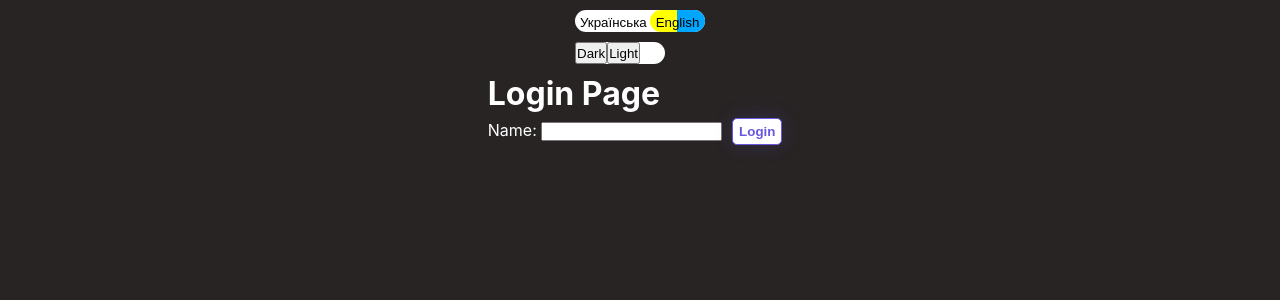
Repository: Novoselets28/star-wars-hooks
Page: /
These files come from the project's save history. The page is drawn as it stood at one moment and after the next save; the edit follows.
The browser window is 1280 px wide. The pictures show the whole page.
The project was rebuilt for these pictures with package versions that can differ from the ones it lists, and the page was loaded fresh each time. Also part of the build but not shown: src/components/HomePage.jsx, src/components/People/CurrentPeople.jsx, src/components/People/PeopleList.jsx, src/components/People/People.jsx, src/components/Planets/CurrentPlanet.jsx, src/components/Planets/PlanetsList.jsx, src/components/Planets/Planets.jsx, src/components/Starships/CurrentStarship.jsx and 4 more.

Above is the page before, as saved 2023-03-27 19:47:27.

### src/index.js
import React from 'react';
import ReactDOM from 'react-dom/client';
import './index.css';
import App from './App';
import reportWebVitals from './reportWebVitals';
import { BrowserRouter } from 'react-router-dom';



const root = ReactDOM.createRoot(document.getElementById('root'));
root.render(
  <React.StrictMode>
    <BrowserRouter>
      <App />
    </BrowserRouter>
  </React.StrictMode>
);

// If you want to start measuring performance in your app, pass a function
// to log results (for example: reportWebVitals(console.log))
// or send to an analytics endpoint. Learn more: https://bit.ly/CRA-vitals
reportWebVitals();

### src/App.js
import React, { createContext, useState } from 'react';
import { Route, Routes } from 'react-router';
import './App.css'
import Header from './components/Header';
import HomePage from './components/HomePage';
import People from './components/People/People';
import Planets from './components/Planets/Planets';
import Starships from './components/Starships/Starships';
import LoginPage from './components/LoginPage';
import RequireAuth from './hoc/RequireAuth';
import AuthProvider from './hoc/AuthProvider'
import Layout from './components/Layout';
import ErrorPage from './components/ErrorPage';



export const ThemeContext = createContext();
export const LangContext = createContext(null)

function App() {

  const [theme, setTheme] = useState("dark");

  const [currentLang, setCurrentLang] = useState("eng")


  return (
          <div className={`container-${theme}`}>
            <LangContext.Provider value={{currentLang, setCurrentLang}}>
              <ThemeContext.Provider value={{theme,setTheme}}>
                <AuthProvider>
                  <Header/>
                  <Routes>
                      <Route path="login" element={<LoginPage/>}/>
                      <Route path='*' element={<ErrorPage/>} />
                      <Route path='/' element={
                        <RequireAuth>
                          <Layout />
                        </RequireAuth>
                      }/>
                      <Route path="home" element={
                        <RequireAuth>
                          <HomePage />
                        </RequireAuth>
                      }/>
                      <Route path="people" element={
                        <RequireAuth>
                          <People />
                        </RequireAuth>
                      }/>
                      <Route path="planets" element={
                        <RequireAuth>
                          <Planets/>
                        </RequireAuth>
                      } />
                      <Route path="starships" element={
                        <RequireAuth>
                          <Starships/>
                        </RequireAuth>
                      } />
                  </Routes>
                </AuthProvider>
              </ThemeContext.Provider>
            </LangContext.Provider>
            </div>

  );
}

export default App;

### src/App.css
*{
  margin: 0;
  padding: 0;
}

.header{
  display: flex;
  justify-content: space-around;
  width: 100vw;
}

.navigate-block{
  display: flex;
}

header a{
  text-decoration: none;
  font-family: sans-serif;
  display: inline-block;
  color: #fff;
  padding: 10px 20px;
  background-color: rgb(48, 48, 61);
  border-bottom: 5px solid #f4ce28;
}

.container-dark {
  background-color: rgb(40, 36, 36);
  color: #fff;
  width: 100vw;
  height: 100vh;
  display: flex;
  flex-direction: column;
  align-items: center;
}

.container-light {
  background-color: rgb(171, 163, 163);
  color: #fff;
  width: 100vw;
  height: 100vh;
  display: flex;
  flex-direction: column;
  align-items: center;

}

.item-block{
  width: 240px;
  text-align: center;
}

.item-block button{
  cursor: pointer;
  border: none;
  border-radius: 25px;
  font-weight: 600;
  margin: 10px 10px;
  width: 50px;
  padding: 10px 0;
  box-shadow: 0 0 20px rgba(104, 85, 224, 0.2);
  transition: 0.4s;
  color: rgb(104, 85, 224);
  background-color: rgba(255, 255, 255, 1);
  border: 1px solid rgba(104, 85, 224, 1);
}

.item-block button:hover{
  color: white;
  box-shadow: 0 0 20px rgba(104, 85, 224, 0.6);
  background-color: rgba(104, 85, 224, 1);
}

.item-list{
  text-align: center;
}

.selected-item {
  background-color: rgb(56, 55, 55);
  margin: 15px;
  border: 3px solid rgb(103, 101, 101);
}

h2{
  color: rgb(8, 120, 8);
  cursor: pointer;
}

h2:hover{
  text-decoration: underline;
}

ul{
  background-color: rgb(56, 55, 55);
}

li{
  list-style: none;
  border: 1px solid rgb(103, 101, 101);
  cursor: pointer;
}

li:hover{
  box-shadow: 0 0 20px rgba(85, 85, 86, 0.6);
}

.button-box-theme{
  display: flex;
  width: 90px;
  height: 22px;
  margin: 10px 20px;
  position: relative;
  border-radius: 30px;
  background: #fff;
}

.button-box-lang{
  display: flex;
  width: 130px;
  height: 22px;
  margin: 10px 20px;
  position: relative;
  border-radius: 30px;
  background: #fff;
}

.btn-dark{
  padding: 5px;
  width: 45px;
  height: 22px;
  cursor: pointer;
  background: #e67e22;
  border: 0;
  border-radius: 30px;
  outline: none;
  transition: 0.2s;
  text-align: center;
}

.btn-light{
  padding: 5px;
  width: 45px;
  height: 22px;
  cursor: pointer;
  background: transparent;
  border: 0;
  outline: none;
  text-align: center;
}

.active{
  padding: 5px;
  width: 75px;
  height: 22px;
  cursor: pointer;
  background: linear-gradient(to right, yellow 50%, rgb(0, 166, 255) 50%);
  border: 0;
  border-radius: 30px;
  outline: none;
  transition: 0.2s;
  text-align: center;
}

.not-active{
  padding: 5px;
  width: 75px;
  height: 22px;
  cursor: pointer;
  background: transparent;
  border: 0;
  outline: none;
  text-align: center;
}

.home-page{
  text-align: center;
  padding: 20px 0;
}

.home-page button{
  cursor: pointer;
  border: 0;
  border-radius: 4px;
  font-weight: 600;
  margin: 10px 10px;
  width: 200px;
  padding: 10px 0;
  box-shadow: 0 0 20px rgba(104, 85, 224, 0.2);
  transition: 0.4s;
  color: rgb(104, 85, 224);
  background-color: rgba(255, 255, 255, 1);
  border: 1px solid rgba(104, 85, 224, 1);
}

.home-page button:hover{
    color: white;
    box-shadow: 0 0 20px rgba(104, 85, 224, 0.6);
    background-color: rgba(104, 85, 224, 1);
}

form button{
  cursor: pointer;
  border-radius: 5px;
  font-weight: 600;
  margin: 5px 10px;
  width: 50px;
  padding: 5px 0;
  box-shadow: 0 0 20px rgba(104, 85, 224, 0.2);
  transition: 0.4s;
  color: rgb(104, 85, 224);
  background-color: rgba(255, 255, 255, 1);
  border: 1px solid rgba(104, 85, 224, 1);
}

form button:hover{
  color: white;
  box-shadow: 0 0 20px rgba(104, 85, 224, 0.6);
  background-color: rgba(104, 85, 224, 1);
}

form input{
  cursor: pointer;
}

#error-page {
  text-align: center;
}

### src/components/Header.jsx
import React, { useContext } from 'react';
import { LangContext, ThemeContext } from '../App';




function Header() {
  const { language, setLanguage} = useContext(LangContext);
  const {theme , setTheme} = useContext(ThemeContext)






  return (
    <div>
      <div className="button-box-lang">
        <button className={language==="ukr" ? "active" : "not-active"} onClick={()=>setLanguage("ukr")}>Українська</button>
        <button className={language==="eng" ? "not-active" : "active"} onClick={()=>setLanguage("eng")}>English</button>
      </div>
      <div className="button-box-theme">
        <button className={theme==="light" ? "dark" : ""} onClick={()=>setTheme("dark")}>Dark</button>
        <button className={theme==="dark" ? "light" : ""} onClick={()=>setTheme("light")}>Light</button>
      </div>
    </div>
  );
}

export default Header;

### src/components/LoginPage.jsx
import { useLocation, useNavigate } from "react-router-dom";
import { useAuth } from "../hook/useAuth";

const LoginPage = () => {
  const navigate = useNavigate();
  const location = useLocation();

  const {signin} = useAuth();

  const fromPage = location.state?.from?.pathname || '/';

  const handleSubmit = (event) => {
    event.preventDefault();
    const form = event.target;
    const user = form.username.value;

    signin(user, ()=> navigate(fromPage, {replace: true}))
  }

  return (
    <div>
      <h1>Login Page</h1>
      <form onSubmit={handleSubmit}>
        <label>
          Name: <input name="username"/>
        </label>
        <button type="submit">Login</button>
      </form>
    </div>
  )
};

export default LoginPage;

### src/hoc/RequireAuth.jsx
import {useLocation, Navigate} from 'react-router-dom'


const RequireAuth = ({children}) =>{
    const location = useLocation();
    const auth = false;

    if(!auth){
        return <Navigate to='/login' state={{from:location}}/>
    }

    return children
}

export default RequireAuth;

### src/hoc/AuthProvider.jsx
import { createContext, useState } from "react";

export const AuthContext = createContext(null);

const AuthProvider = ({children}) => {

    const [user, setUser] = useState(null);

    const signin = (newUser, cb) =>{
        setUser(newUser);
        cb();
    }

    const signout = (cb) =>{
        setUser(null);
        cb();
    }

    const value = {user, signin, signout}


    return <AuthContext.Provider value={value}>
        {children}
    </AuthContext.Provider>
}

export default AuthProvider;

### src/hook/useAuth.jsx
import { useContext } from 'react'
import { AuthContext } from '../hoc/AuthProvider'

export function useAuth() {
  return useContext(AuthContext)
}

Loaded but not shown: public/index.html (common file); src/index.css (common file); src/reportWebVitals.js (common file)

After the next save:
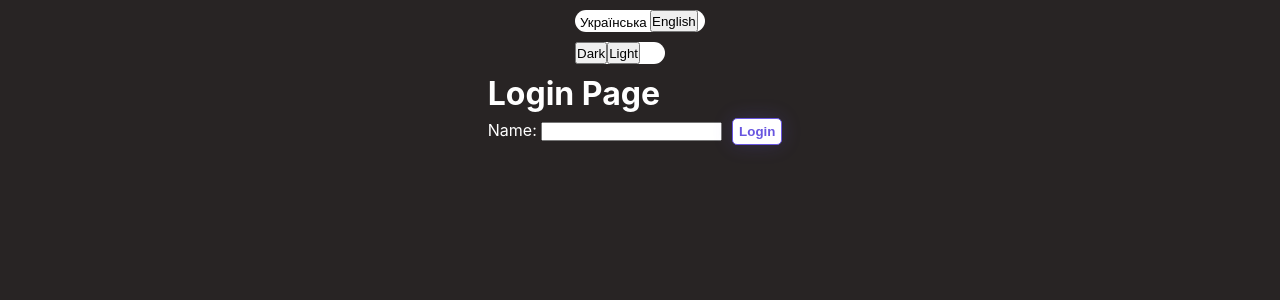
Saved 72 s later.
--- a/src/components/Header.jsx
+++ b/src/components/Header.jsx
@@ -17,7 +17,7 @@ function Header() {
     <div>
       <div className="button-box-lang">
         <button className={language==="ukr" ? "active" : "not-active"} onClick={()=>setLanguage("ukr")}>Українська</button>
-        <button className={language==="eng" ? "not-active" : "active"} onClick={()=>setLanguage("eng")}>English</button>
+        <button className={language==="eng" ? "active" : ""} onClick={()=>setLanguage("eng")}>English</button>
       </div>
       <div className="button-box-theme">
         <button className={theme==="light" ? "dark" : ""} onClick={()=>setTheme("dark")}>Dark</button>
